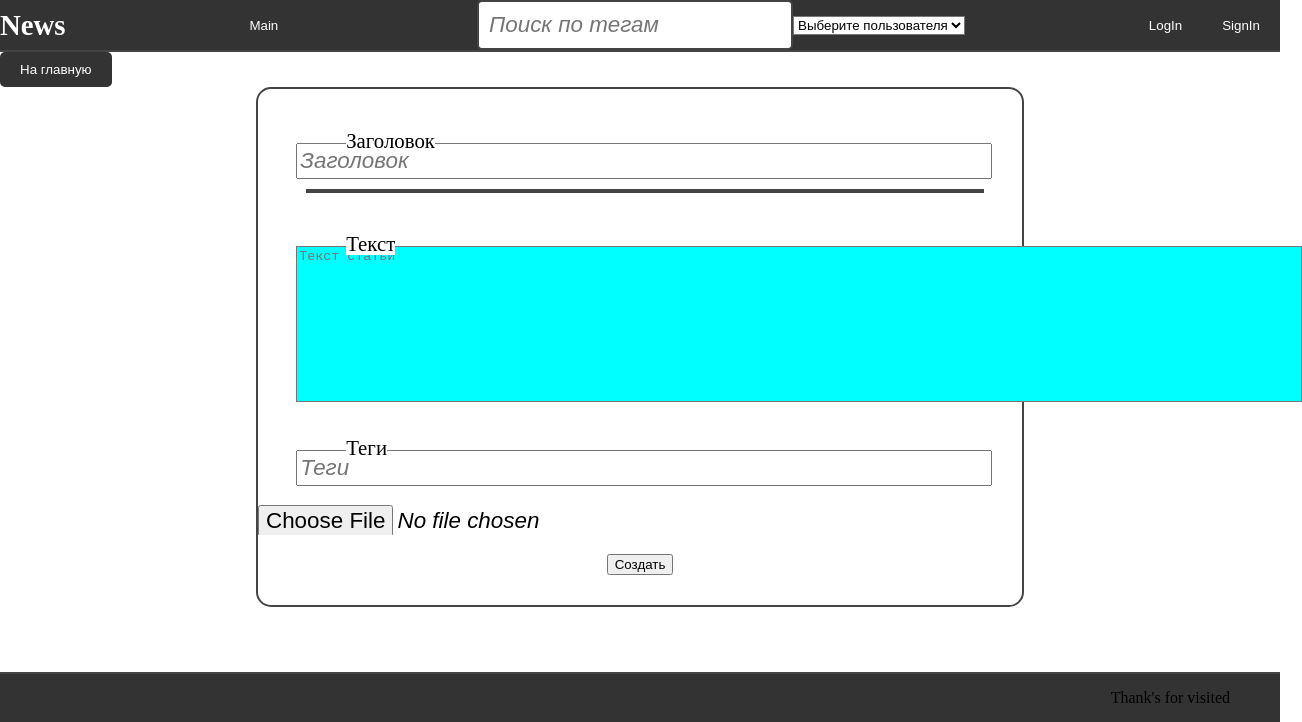
Repository: Igor-Blazhko/news_frontend
Page: /CreatePost
These files come from the project's save history. The page is drawn as it stood at one moment and after the next save; the edit follows.
The browser window is 1280 px wide. The page is 1302 px wide, then 1280 px, so the pictures cover 1302 px, including what lies to the right of the window. The pictures show the whole page.
The project was rebuilt for these pictures with package versions that can differ from the ones it lists, and the page was loaded fresh each time. Also part of the build but not shown: vite.config.ts, src/components/allPost/onePost/onePost.module.css, src/components/allPost/onePost/onePost.tsx, src/components/allPost/allPost.tsx, src/components/auth/logIn/login.module.css, src/components/auth/logIn/login.tsx, src/components/auth/register/register.tsx, src/components/pageOnePost/comments/comment.tsx and 2 more.

Above is the page before, as saved 2024-07-15 16:29:28.

After the next save:
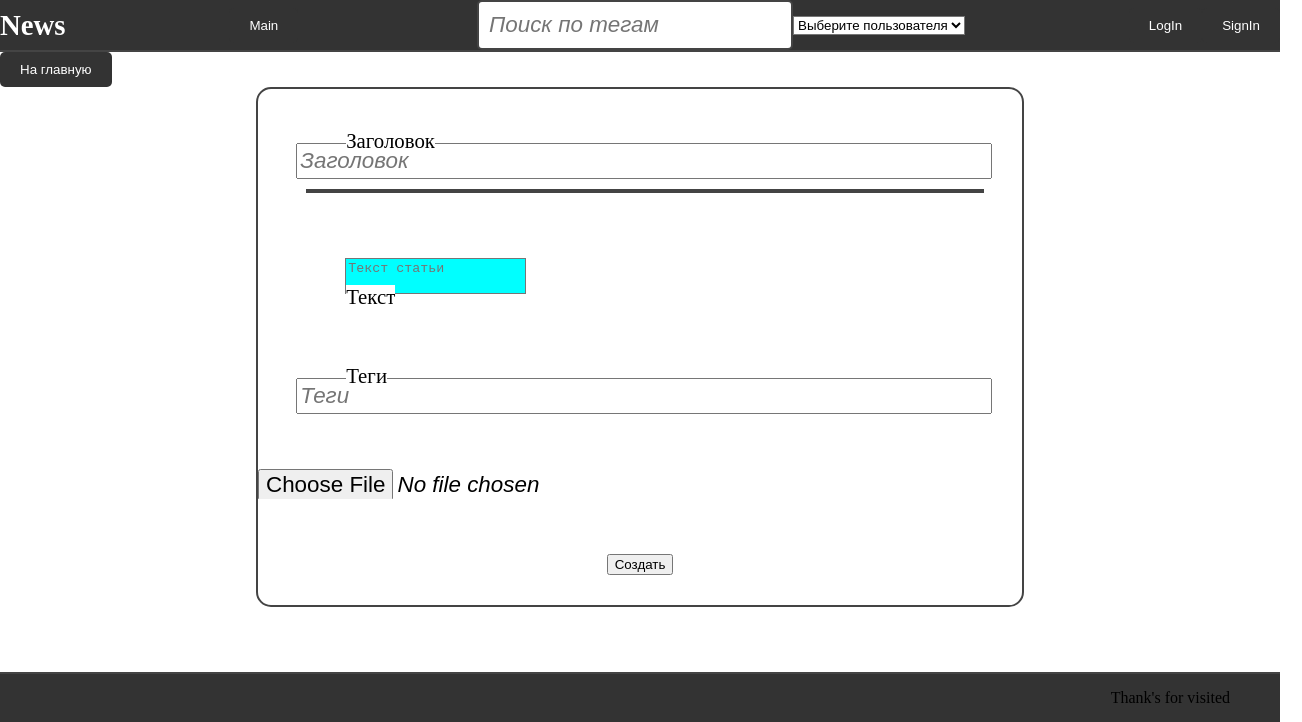
Saved 60 s later.
--- a/src/components/createPost/createPost.module.css
+++ b/src/components/createPost/createPost.module.css
@@ -32,7 +32,7 @@ div:has(input:focus) label{
 
 textarea{
 	resize: none;
-	width: 1000px;
+    cols:20
 	height: 150px;
     background-color: aqua;
 }
